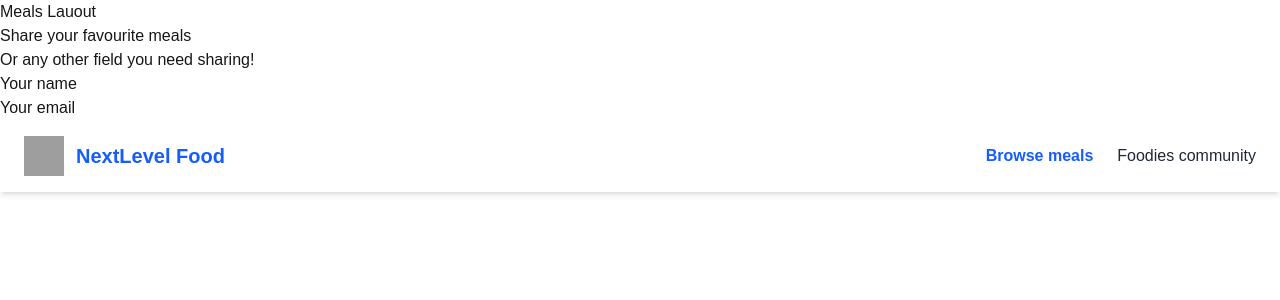
Repository: ananya2420/my-next-app
Page: /meals/share
These files come from the project's save history. The page is drawn as it stood at one moment and after the next save; the edit follows.
The browser window is 1280 px wide. The pictures show the whole page.
Pictures or frames that could not be fetched are drawn as grey boxes. The project was rebuilt for these pictures with package versions that can differ from the ones it lists, and the page was loaded fresh each time. The framework's server and built-in components were replaced by stand-ins that run in the browser. Also part of the build but not shown: next.config.mjs.

Above is the page before, as saved 2025-03-29 13:39:38.

After the next save:
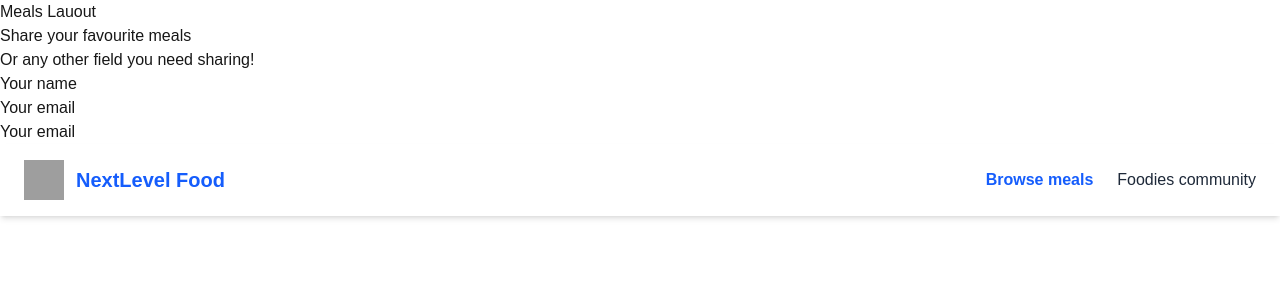
Saved 25 s later.
--- a/src/app/meals/share/page.js
+++ b/src/app/meals/share/page.js
@@ -24,6 +24,12 @@ export default function ShareMealPage(){
 
                 </p>
 
+                <p>
+                    <label htmlFor="email">Your email</label>
+                    <input type='email' id='email' name='email' required />
+
+                </p>
+
 
             </div>
         </form>
